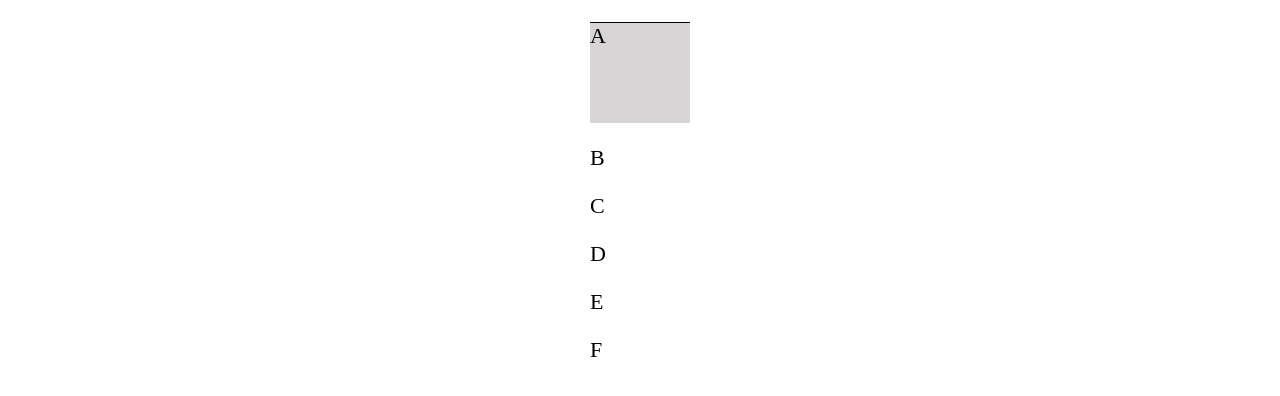
Repository: HoangDuy315/HW_TVK
Page: ex2/index.html
The author's editor kept a copy of each file at every save. The page is drawn from the files as they stood at one save, then again after the next save.
The browser window is 1280 px wide. The pictures show the whole page.

Above is the page before, as saved 2022-10-10 16:10:08.

### ex2/index.html
<html lang="en">
  <head>
    <meta charset="UTF-8" />
    <meta http-equiv="X-UA-Compatible" content="IE=edge" />
    <meta name="viewport" content="width=device-width, initial-scale=1.0" />
    <link rel="stylesheet" href="styleA.css" />
    <title>"CS142Project #1."</title>
  </head>
  <body>
    <div class="">
      <p class="square a">A</p>
      <p class="square1 b">B</p>
      <p class="square1 c">C</p>
      <p class="square1 d">D</p>
      <p class="square1 e">E</p>
      <p class="square1 f">F</p>
    </div>
  </body>
</html>

### ex2/styleA.css
body {
  flex-direction: column;
  margin: auto;
  display: flex;
  align-items: center;
  font-size: 22px;
}

.square {
  min-height: 100px;
  min-width: 100px;
  border-top: 1px solid black;
  background-color: rgb(215, 213, 213);
}

.da {
  font-size: 26px;
}

After the next save:
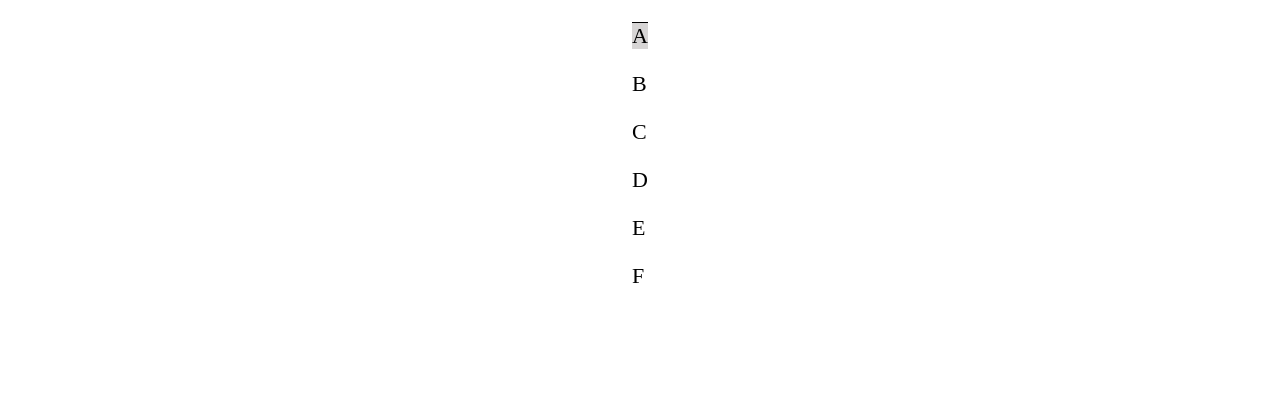
Saved 5 s later.
--- a/ex2/styleA.css
+++ b/ex2/styleA.css
@@ -7,8 +7,8 @@
 }
 
 .square {
-  min-height: 100px;
-  min-width: 100px;
+  /* min-height: 100px;
+  min-width: 100px; */
   border-top: 1px solid black;
   background-color: rgb(215, 213, 213);
 }

After the save that followed:
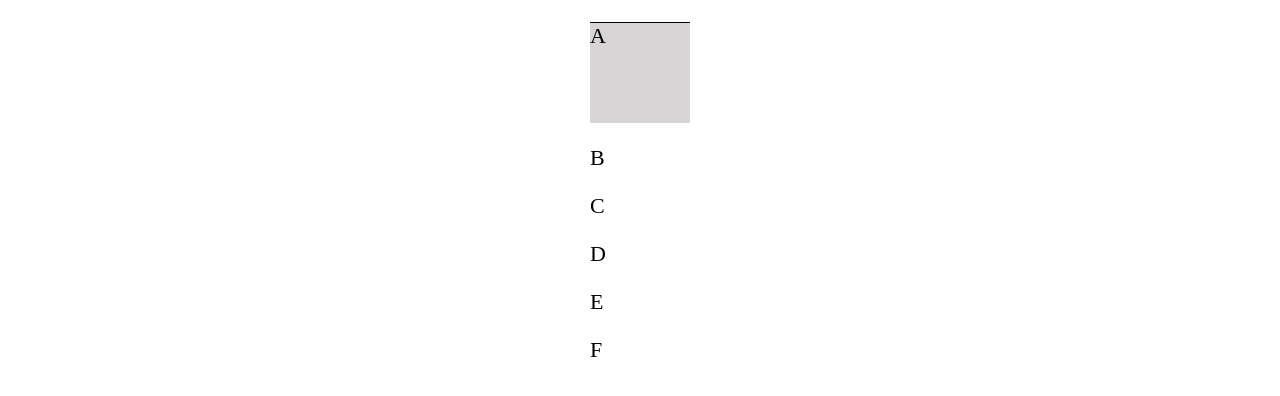
Saved 14 s later.
--- a/ex2/styleA.css
+++ b/ex2/styleA.css
@@ -7,8 +7,8 @@
 }
 
 .square {
-  /* min-height: 100px;
-  min-width: 100px; */
+  min-height: 100px;
+  min-width: 100px;
   border-top: 1px solid black;
   background-color: rgb(215, 213, 213);
 }
